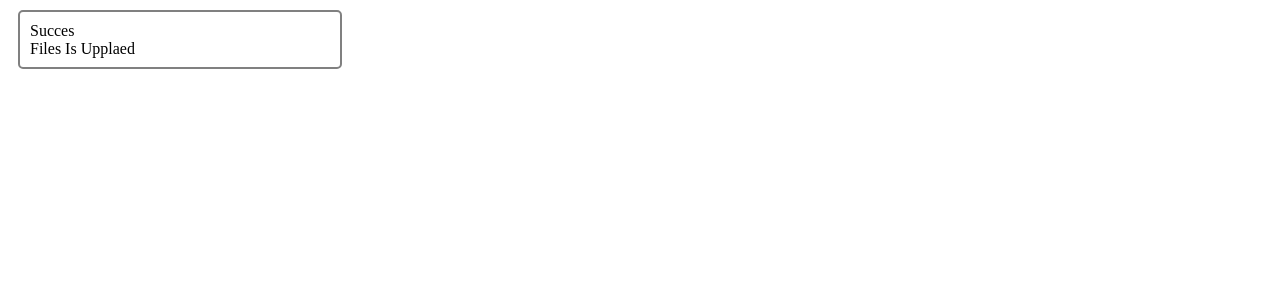
Repository: Fariaddd/javascript-1-module-3
Page: lesson2/6-reusable-html-function/index.html
The author's editor kept a copy of each file at every save. The page is drawn from the files as they stood at one save, then again after the next save.
The browser window is 1280 px wide. The pictures show the whole page.

Above is the page before, as saved 2022-02-08 14:13:54.
Console error: TypeError: Cannot set properties of null (setting 'innerHTML')

### lesson2/6-reusable-html-function/index.html
<!DOCTYPE html>
<html lang="en">
  <head>
    <meta charset="UTF-8" />
    <meta name="viewport" content="width=device-width, initial-scale=1.0" />
    <meta http-equiv="X-UA-Compatible" content="ie=edge" />
    <title></title>
    <script src="./handles/toostermessage.js" defer></script>
    <script src="./index.js" defer></script>
    <style>
      .toaster {
        height: 35px;
        width: 300px;
        display: flex;
        justify-content: flex-start;
        color: black;
        padding: 10px;
        border: 2px solid gray;
        border-radius: 5px;
        flex-direction: column;
        margin: 10px;
        text-transform: capitalize;
      }
      .success {
        background-color: forestgreen;
      }

      .info {
        background-color: #b2e7f5;
      }

      .warning {
        background-color: #efb7b8;
      }
    </style>
  </head>
  <body>
    <div class="container"></div>
    <div class="message-container"></div>
    <div class="success-container"></div>
    <div class="info-container"></div>
    <div class="warning-container"></div>
  </body>
</html>

### lesson2/6-reusable-html-function/handles/toostermessage.js
function createToster(type = "", message = "") {
    const html = `<div class="toaster ${type}">
                        <span>${type}</span>
                        <span>${message}</span>
                        </div>`;
    return html;


}

### lesson2/6-reusable-html-function/index.js
const messageSuccessContainer = document.querySelector(".message-container");
const messageInfoContainer = document.querySelector(".message-info");
const messageErrorContainer = document.querySelector(".message-error");
const messageWarningContainer = document.querySelector(".messafe-warning");


messageSuccessContainer.innerHTML = createToster("succes", "files is upplaed");
messageInfoContainer.innerHTML = createToster("info", "files is upplaed");
messageErrorContainer.innerHTML = createToster("error", "sorry");
messageWarningContainer.innerHTML = createToster("warning", "file must be less than 5");

After the next save:
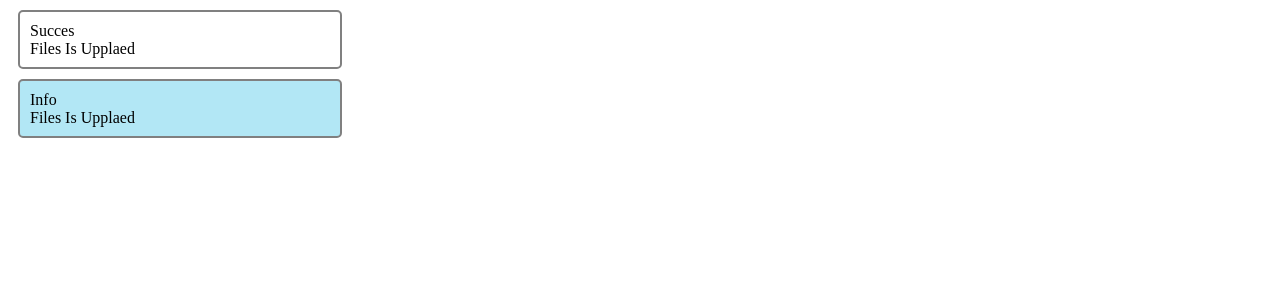
Saved 3 min 38 s later.
--- a/lesson2/6-reusable-html-function/index.html
+++ b/lesson2/6-reusable-html-function/index.html
@@ -37,7 +37,7 @@
   <body>
     <div class="container"></div>
     <div class="message-container"></div>
-    <div class="success-container"></div>
+    <div class="message-info"></div>
     <div class="info-container"></div>
     <div class="warning-container"></div>
   </body>
